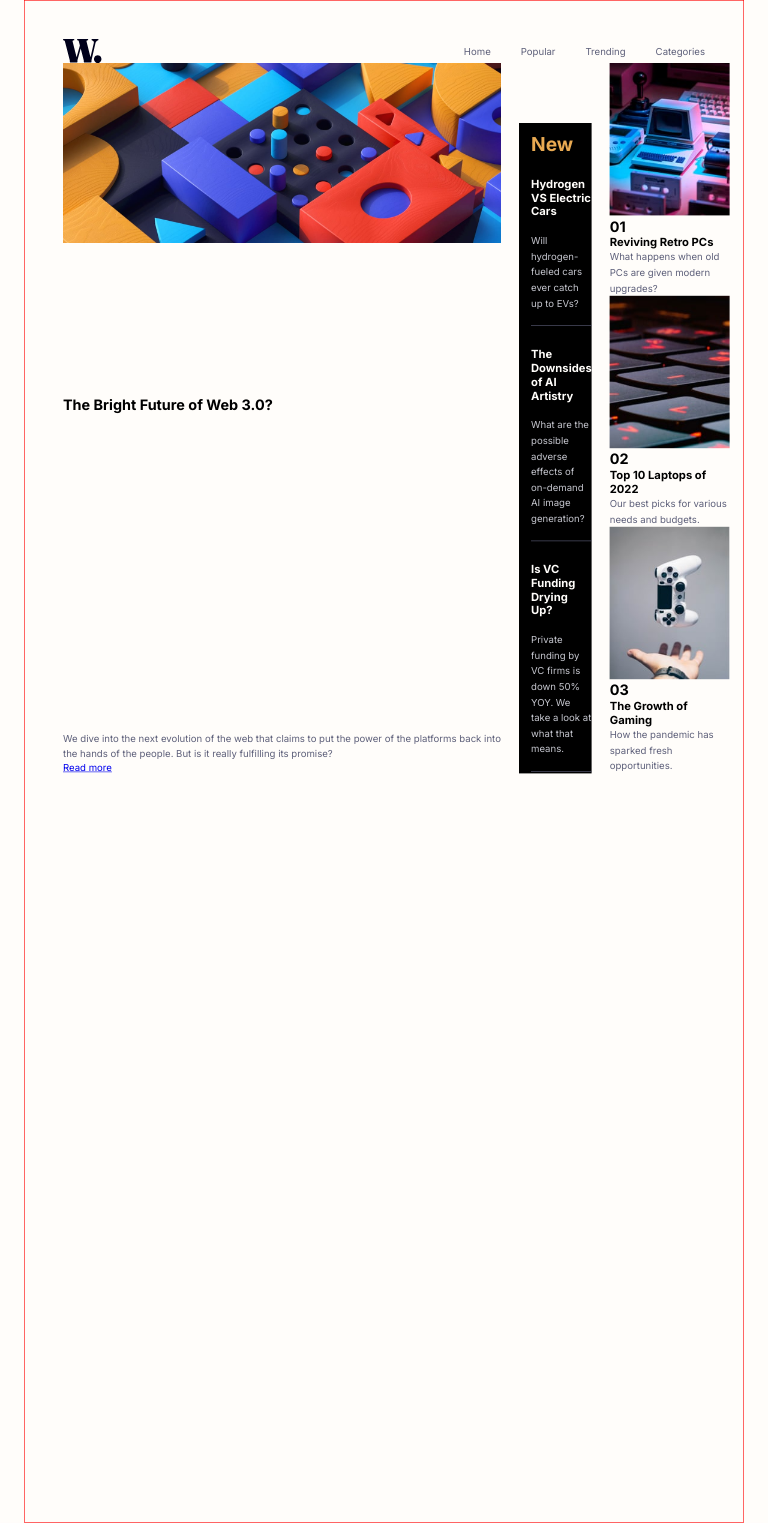
Repository: Arkitecth/news-webpage
Page: index.html
These files come from the project's save history. The page is drawn as it stood at one moment and after the next save; the edit follows.
The browser window is 1280 px wide. The pictures show the whole page, at 60% of full size.

Above is the page before, as saved 2023-06-07 20:28:18.

After the next save:
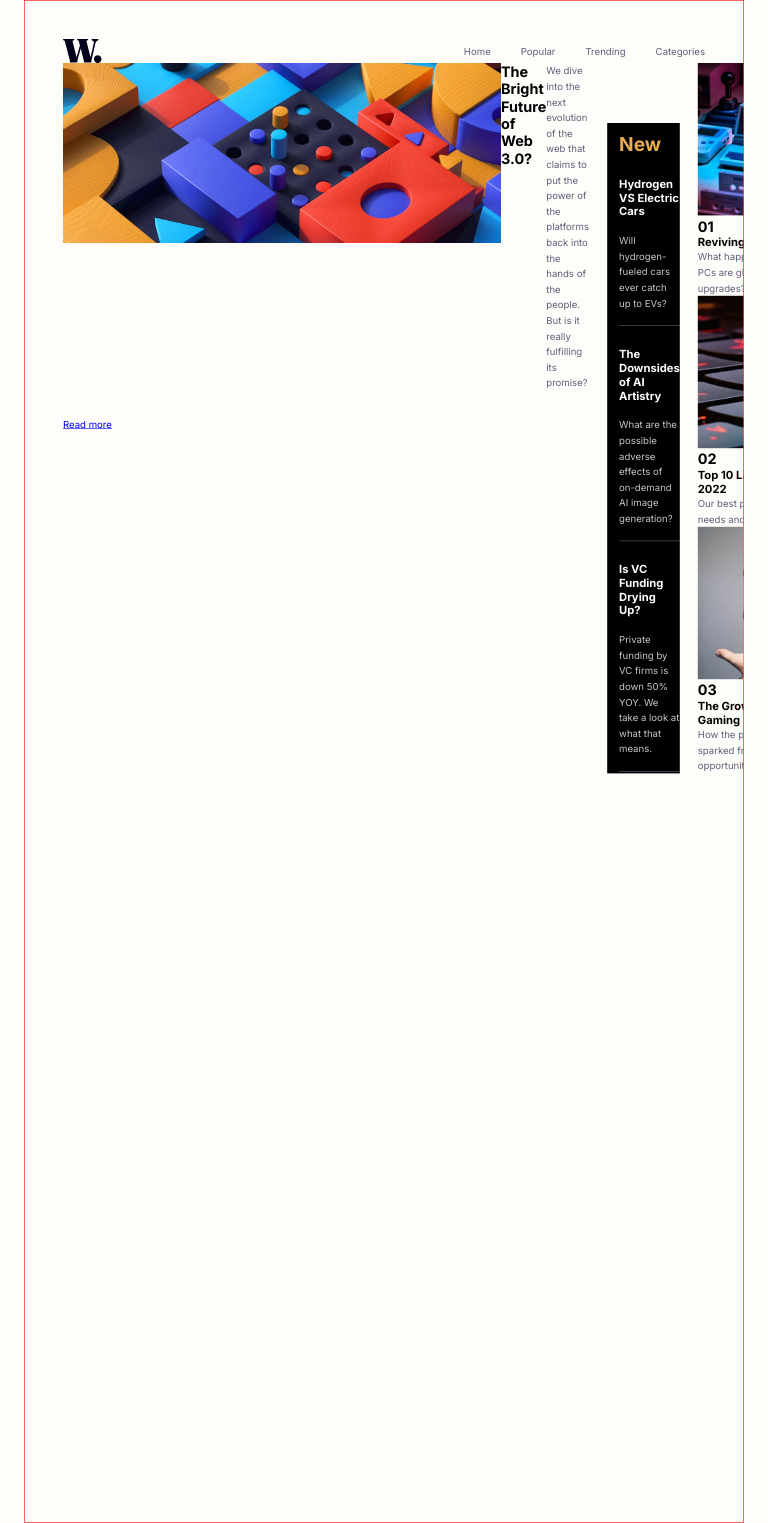
Saved 28 s later.
--- a/style.css
+++ b/style.css
@@ -83,6 +83,7 @@
 .showcase-card {
     display: grid;
     grid-template-rows: 1fr 1fr;
+    grid-template-columns: 1fr 1fr 1fr;
 }
 .news-card {
     display: grid;
